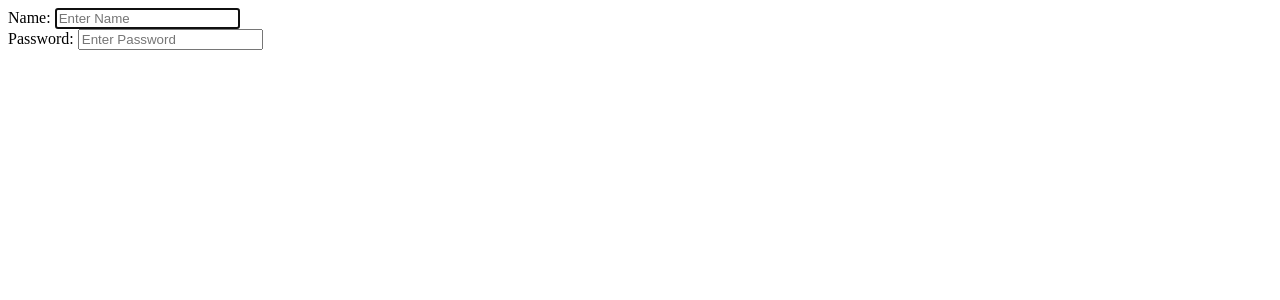
Repository: SHARMILAG97/WebApplication
Page: http://localhost/watercan-web/admin.jsp
An editor plug-in stored every save of this project. The page is shown before and after the next save, followed by the edit.
The browser window is 1280 px wide. The pictures show the whole page.
The page is served by Tomcat 9.

Above is the page before, as saved 2019-09-10 08:22:25.

After the next save:
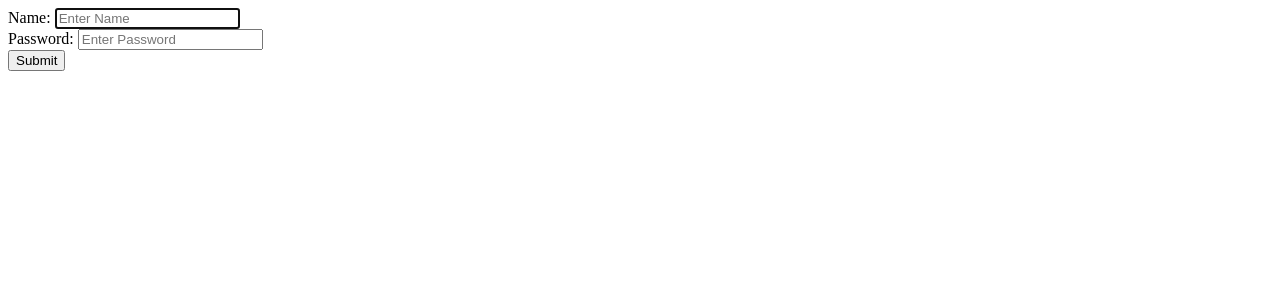
Saved 76 s later.
--- a/watercan-web/src/main/webapp/admin.jsp
+++ b/watercan-web/src/main/webapp/admin.jsp
@@ -7,6 +7,7 @@
 <title>AdminLogin</title>
 </head>
 <body>
+<form action="admin.jsp">
 <label>Name:</label>
 <input type="text" name="name" id="name" placeholder="Enter Name" required autofocus/>
 <br/>
@@ -14,6 +15,7 @@
 <label>Password:</label>
 <input type="password" name="password" id="password" placeholder="Enter Password" required />
 <br/>
-
+<button type="submit">Submit</button>
+</form>
 </body>
 </html>
